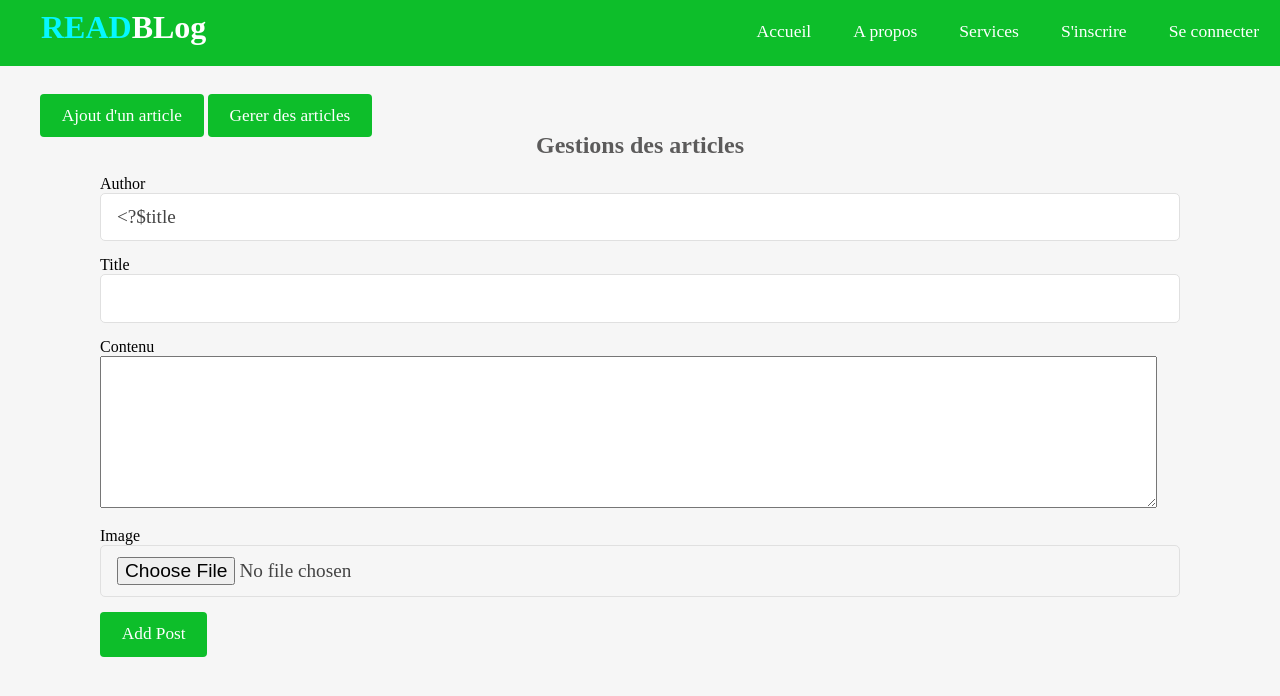
Repository: ahamie71/miniblog
Page: http://localhost/admin/create.php
An editor plug-in stored every save of this project. The page is shown before and after the next save, followed by the edit.
The browser window is 1280 px wide. The pictures show the whole page.
The page is run by PHP 8.4 with error messages shown; the project is at /var/www/html/.

Above is the page before, as saved 2023-02-28 20:55:53.

After the next save:
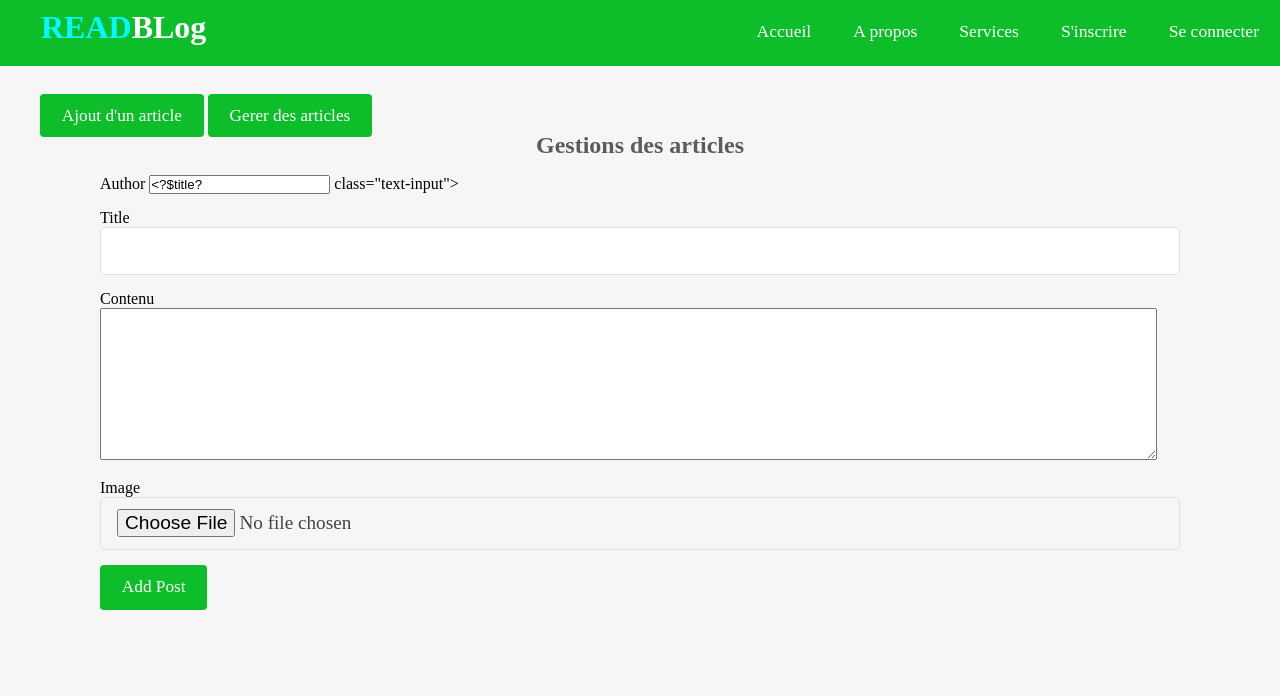
Saved 4 s later.
--- a/admin/create.php
+++ b/admin/create.php
@@ -97,7 +97,7 @@
                 <form action="create.php" enctype="multipart/form-data" method="post">
                     <div>
                         <label>Author</label>
-                        <input type="text" name="author" value= <?$title class="text-input">
+                        <input type="text" name="author" value= <?$title?> class="text-input">
                     </div>
                     <div>
                         <label>Title</label>

After the 2 saves that followed:
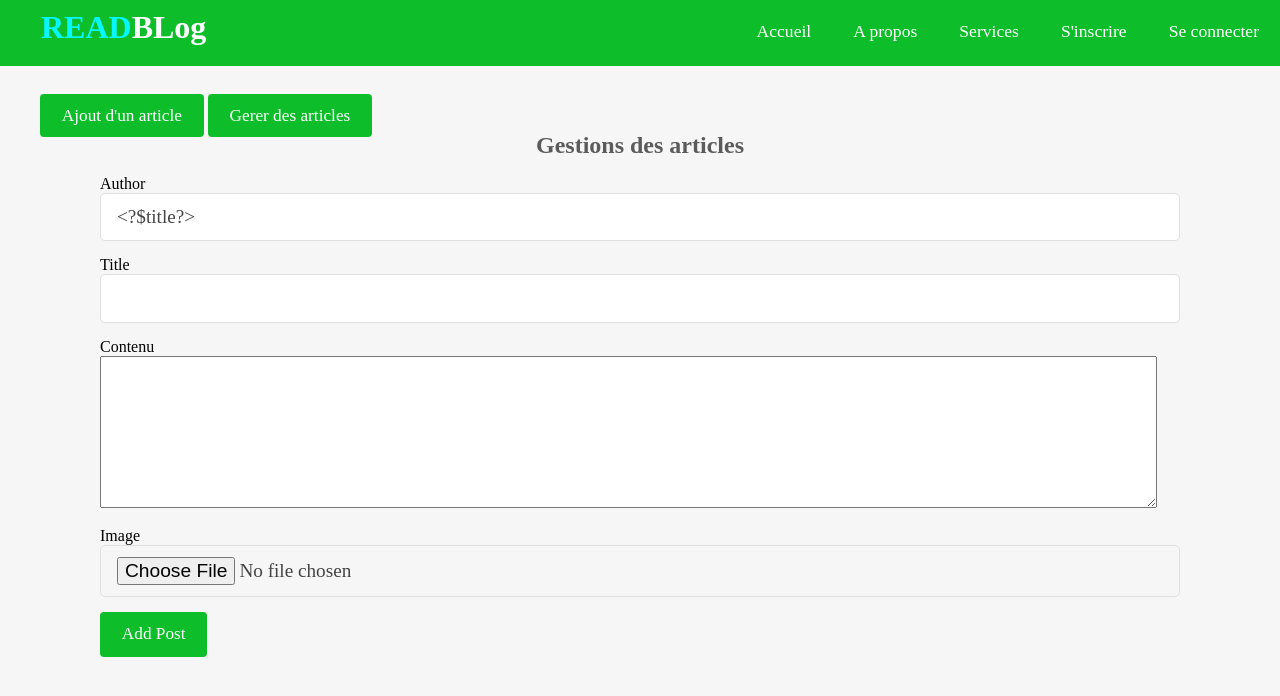
The 2 saves are shown as one change because they came seconds apart.
The last was saved 6 s later.
--- a/admin/create.php
+++ b/admin/create.php
@@ -97,7 +97,7 @@
                 <form action="create.php" enctype="multipart/form-data" method="post">
                     <div>
                         <label>Author</label>
-                        <input type="text" name="author" value= <?$title?> class="text-input">
+                        <input type="text" name="author" value= "<?$title?>" class="text-input">
                     </div>
                     <div>
                         <label>Title</label>
